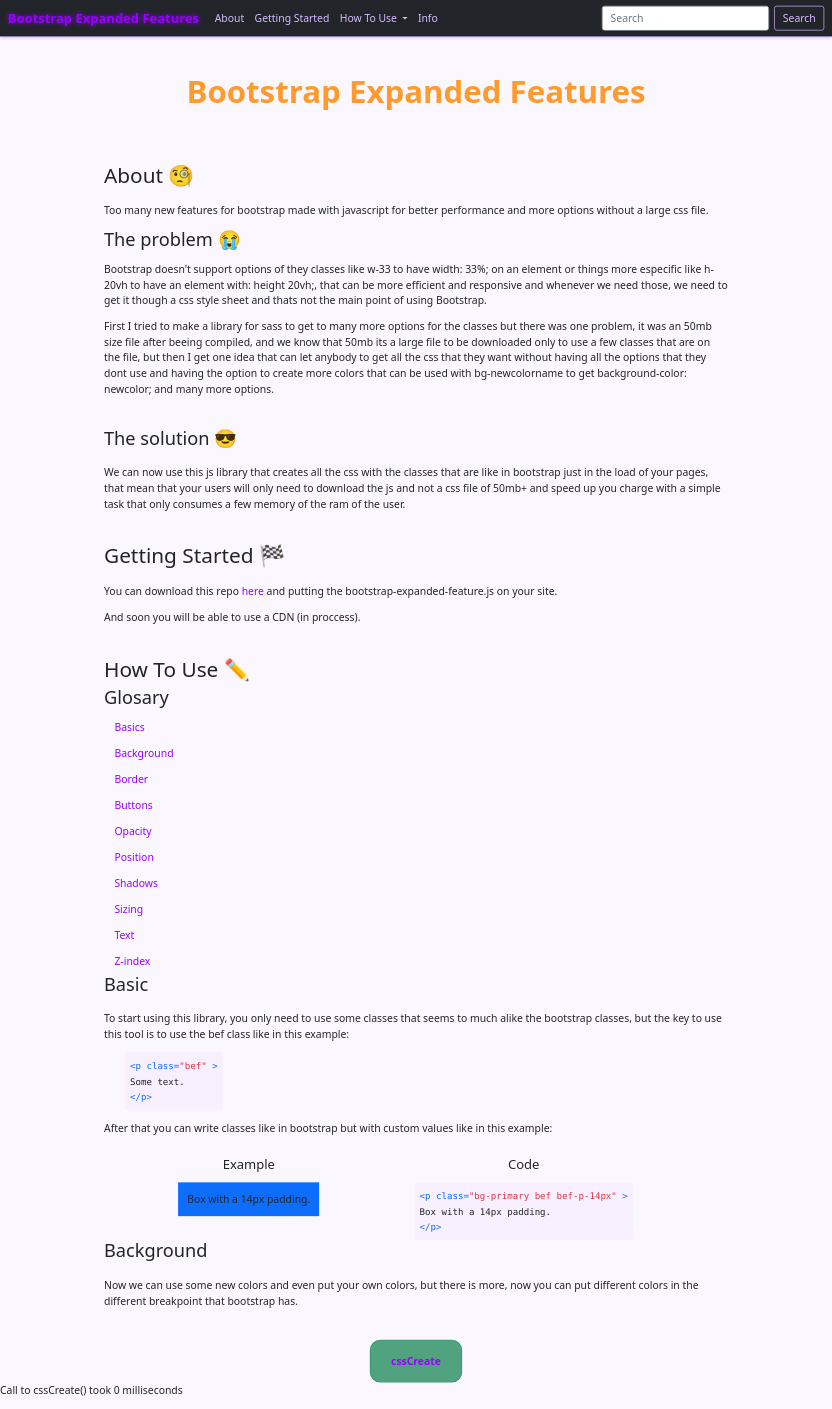
Repository: LynxPardelle/bootstrap-expanded-features
Page: index.html
An editor plug-in stored every save of this project. The page is shown before and after the next save, followed by the edit.
The browser window is 1280 px wide. The pictures show the whole page, at 65% of full size.

Above is the page before, as saved 2022-01-02 05:42:01.

### index.html
<!DOCTYPE html>
<html lang="es">
  <head>
    <meta charset="UTF-8" />
    <meta http-equiv="X-UA-Compatible" content="IE=edge" />
    <meta name="viewport" content="width=device-width, initial-scale=1.0" />
    <title>Bootstrap Expanded Features</title>
    <link
      href="https://cdn.jsdelivr.net/npm/bootstrap@5.1.3/dist/css/bootstrap.min.css"
      rel="stylesheet"
      integrity="sha384-1BmE4kWBq78iYhFldvKuhfTAU6auU8tT94WrHftjDbrCEXSU1oBoqyl2QvZ6jIW3"
      crossorigin="anonymous"
    />
    <link rel="stylesheet" href="./style.css" />
  </head>
  <body class="bef bef-bg-futurePop__OPA__0_03">
    <header>
      <nav
        class="
          navbar navbar-expand-lg navbar-dark
          bg-dark
          align-items-center
          bef
          bef-boxShadow-0px__2px__4px__lavender
          position-fixed
          top-0
          w-100
        "
      >
        <div class="container-fluid">
          <a
            class="
              navbar-brand
              bef bef-text-futurePop
              fw-bolder
              bef-textShadow-0px__0px__8px__futurePop
            "
            href="#"
            >Bootstrap Expanded Features</a
          >
          <button
            class="navbar-toggler"
            type="button"
            data-bs-toggle="collapse"
            data-bs-target="#navbarSupportedContent"
            aria-controls="navbarSupportedContent"
            aria-expanded="false"
            aria-label="Toggle navigation"
          >
            <span class="navbar-toggler-icon"></span>
          </button>
          <div class="collapse navbar-collapse" id="navbarSupportedContent">
            <ul class="navbar-nav me-auto mb-lg-0">
              <li class="nav-item">
                <a class="nav-link bef bef-text-lavender" href="#about"
                  >About</a
                >
              </li>
              <li class="nav-item">
                <a
                  class="nav-link bef bef-text-lavender"
                  href="#getting_started"
                  >Getting Started</a
                >
              </li>
              <li class="nav-item dropdown">
                <a
                  class="nav-link bef bef-text-lavender dropdown-toggle"
                  href="#howToUse"
                  id="navbarDropdown"
                  role="button"
                  data-bs-toggle="dropdown"
                  aria-expanded="false"
                >
                  How To Use
                </a>
                <ul
                  class="dropdown-menu dropdown-menu-dark"
                  aria-labelledby="navbarDropdown"
                >
                  <li>
                    <a class="dropdown-item bef bef-text-lavender" href="#"
                      >Action</a
                    >
                  </li>
                  <li>
                    <a class="dropdown-item bef bef-text-lavender" href="#"
                      >Another action</a
                    >
                  </li>
                  <li><hr class="dropdown-divider" /></li>
                  <li>
                    <a class="dropdown-item bef bef-text-lavender" href="#"
                      >Something else here</a
                    >
                  </li>
                </ul>
              </li>
              <li class="nav-item">
                <a class="nav-link bef bef-text-lavender" href="#Info">Info</a>
              </li>
            </ul>
            <form class="d-flex">
              <input
                id="searchInput"
                class="form-control me-2"
                type="search"
                placeholder="Search"
                aria-label="Search"
              />
              <button class="btn bef bef-btnOutline-lavender">Search</button>
            </form>
          </div>
        </div>
      </nav>

      <h1
        class="
          text-center
          d-block
          bef bef-w-85vw bef-w-md-75vw bef-fs-2rem bef-fs-md-3rem
          bef-m-7rem__auto__5rem
          bef-text-summer
          fw-bolder
        "
      >
        Bootstrap Expanded Features
      </h1>
    </header>

    <div>
      <main class="bef bef-w-85vw bef-wmx-1000px bef-w-md-75vw mx-auto">
        <!-- ABOUT -->
        <section>
          <a id="about"></a>
          <h2>About 🧐</h2>
          <article>
            <p class="mt-4 mb-3 text-start">
              Too many new features for bootstrap made with javascript for
              better performance and more options without a large css file.
            </p>
          </article>
          <!-- THE_PROBLEM -->
          <article>
            <h3>The problem 😭</h3>
            <p class="my-3 text-start">
              Bootstrap doesn't support options of they classes like w-33 to
              have width: 33%; on an element or things more especific like
              h-20vh to have an element with: height 20vh;, that can be more
              efficient and responsive and whenever we need those, we need to
              get it though a css style sheet and thats not the main point of
              using Bootstrap.
            </p>
            <p class="mt-3 mb-5 text-start">
              First I tried to make a library for sass to get to many more
              options for the classes but there was one problem, it was an 50mb
              size file after beeing compiled, and we know that 50mb its a large
              file to be downloaded only to use a few classes that are on the
              file, but then I get one idea that can let anybody to get all the
              css that they want without having all the options that they dont
              use and having the option to create more colors that can be used
              with bg-newcolorname to get background-color: newcolor; and many
              more options.
            </p>
          </article>
          <!-- THE_SOLUTION -->
          <article>
            <h3>The solution 😎</h3>
            <p class="mt-4 mb-5 text-start">
              We can now use this js library that creates all the css with the
              classes that are like in bootstrap just in the load of your pages,
              that mean that your users will only need to download the js and
              not a css file of 50mb+ and speed up you charge with a simple task
              that only consumes a few memory of the ram of the user.
            </p>
          </article>
        </section>
        <!-- GETTING_STARTED -->
        <section>
          <a id="getting_started"></a>
          <h2>Getting Started 🏁</h2>
          <article>
            <p class="mt-4 mb-3 text-start bef bef-link-futurePop">
              You can download this repo
              <a
                class="text-decoration-none"
                href="https://github.com/LynxPardelle/bootstrap-expanded-features.git"
                target="_blank"
                >here</a
              >
              and putting the bootstrap-expanded-feature.js on your site.
            </p>
            <p class="mt-3 mb-5 text-start bef bef-link-futurePop">
              And soon you will be able to use a CDN (in proccess).
            </p>
          </article>
        </section>
        <!-- HOW_TO_USE -->
        <section>
          <a id="howToUse"></a>
          <h2>How To Use ✏️</h2>
          <article>
            <h3>Glosary</h3>
            <ul class="nav flex-column bef bef-link-futurePop">
              <li class="nav-item">
                <a class="nav-link" href="#basicHTU">Basics</a>
              </li>
              <li class="nav-item">
                <a class="nav-link" href="#backgroundHTU">Background</a>
              </li>
              <li class="nav-item">
                <a class="nav-link" href="#borderHTU">Border</a>
              </li>
              <li class="nav-item">
                <a class="nav-link" href="#buttonsHTU">Buttons</a>
              </li>
              <li class="nav-item">
                <a class="nav-link" href="#opacityHTU">Opacity</a>
              </li>
              <li class="nav-item">
                <a class="nav-link" href="#positionHTU">Position</a>
              </li>
              <li class="nav-item">
                <a class="nav-link" href="#shadowsHTU">Shadows</a>
              </li>
              <li class="nav-item">
                <a class="nav-link" href="#sizingHTU">Sizing</a>
              </li>
              <li class="nav-item">
                <a class="nav-link" href="#textHTU">Text</a>
              </li>
              <li class="nav-item">
                <a class="nav-link" href="#zIndexHTU">Z-index</a>
              </li>
            </ul>
          </article>
          <!-- BASICHTU -->
          <article>
            <a id="basicHTU"></a>
            <h3>Basic</h3>
            <p class="mt-4 mb-3 text-start bef bef-link-futurePop">
              To start using this library, you only need to use some classes
              that seems to much alike the bootstrap classes, but the key to use
              this tool is to use the bef class like in this example:
            </p>
            <p class="d-inline-block p-2 bef bef-m-0rem__2rem bef-bg-futurePop__OPA__0_03">
              <code class="text-dark">
                <span class="text-primary">
                  &#60;p class=<span class="text-danger">"bef"</span> &#62;
                </span>
                <br />
                <span>
                  Some text.
                </span>
                <br />
                <span class="text-primary">
                  &#60;&#47;p&#62;
                </span>
              </code>
            </p>
            <p class="mt-3 mb-3 text-start bef bef-link-futurePop">
              After that you can write classes like in bootstrap but with custom values like in this example:
            </p>
            <div class="d-flex justify-content-evenly">
              <div>
                <h5 class="text-center my-3">Example</h5>
                <p class="bg-primary bef bef-p-14px">
                  Box with a 14px padding.
                </p>
              </div>
              <div>
                <h5 class="text-center my-3">Code</h5>
                <p class="d-inline-block p-2 bef bef-m-0rem__2rem bef-bg-futurePop__OPA__0_03">
                  <code class="text-dark">
                    <span class="text-primary">
                      &#60;p class=<span class="text-danger">"bg-primary bef bef-p-14px"</span> &#62;
                    </span>
                    <br />
                    <span>
                      Box with a 14px padding.
                    </span>
                    <br />
                    <span class="text-primary">
                      &#60;&#47;p&#62;
                    </span>
                  </code>
                </p>
              </div>

            </div>
          </article>
          <article>
            <a id="backgroundHTU"></a>
            <h3>Background</h3>
            <p class="mt-4 mb-5 text-start bef bef-link-futurePop">
              Now we can use some new colors and even put your own colors, but
              there is more, now you can put different colors in the different
              breakpoint that bootstrap has.
            </p>
          </article>
        </section>
      </main>
      <aside></aside>
    </div>

    <footer>
      <a id="#info"></a>
      <button
        class="
          btn
          bef
          bef-btn-success__OPA__0_75
          bef-text-futurePop
          fw-bold
          d-block
          mx-auto
          bef-p-1_25rem__2rem
          bef-rounded-1rem
        "
        onclick="cssCreate()"
      >
        cssCreate
      </button>

      <div id="befTimer"></div>
    </footer>

    <!-- TABS
      <nav>
              <div class="nav nav-tabs" id="nav-tab" role="tablist">
                <button
                  class="
                    nav-link
                    active
                    bef bef-text-futurePop bef-textHover-lavender
                    bef-bg-futurePop__OPA__0_03
                  "
                  id="nav-background-tab"
                  data-bs-toggle="tab"
                  data-bs-target="#nav-background"
                  type="button"
                  role="tab"
                  aria-controls="nav-background"
                  aria-selected="false"
                >
                  Background
                </button>
                <button
                  class="
                    nav-link
                    bef bef-text-dark bef-textHover-lavender
                    bef-bg-futurePop__OPA__0
                  "
                  id="nav-border-tab"
                  data-bs-toggle="tab"
                  data-bs-target="#nav-border"
                  type="button"
                  role="tab"
                  aria-controls="nav-border"
                  aria-selected="false"
                >
                  Border
                </button>
                <button
                  class="
                    nav-link
                    bef bef-text-dark bef-textHover-lavender
                    bef-bg-futurePop__OPA__0
                  "
                  id="nav-buttons-tab"
                  data-bs-toggle="tab"
                  data-bs-target="#nav-buttons"
                  type="button"
                  role="tab"
                  aria-controls="nav-buttons"
                  aria-selected="false"
                >
                  Buttons
                </button>
                <button
                  class="
                    nav-link
                    bef bef-text-dark bef-textHover-lavender
                    bef-bg-futurePop__OPA__0
                  "
                  id="nav-opacity-tab"
                  data-bs-toggle="tab"
                  data-bs-target="#nav-opacity"
                  type="button"
                  role="tab"
                  aria-controls="nav-opacity"
                  aria-selected="false"
                >
                  Opacity
                </button>
                <button
                  class="
                    nav-link
                    bef bef-text-dark bef-textHover-lavender
                    bef-bg-futurePop__OPA__0
                  "
                  id="nav-position-tab"
                  data-bs-toggle="tab"
                  data-bs-target="#nav-position"
                  type="button"
                  role="tab"
                  aria-controls="nav-position"
                  aria-selected="false"
                >
                  Position
                </button>
                <button
                  class="
                    nav-link
                    bef bef-text-dark bef-textHover-lavender
                    bef-bg-futurePop__OPA__0
                  "
                  id="nav-shadows-tab"
                  data-bs-toggle="tab"
                  data-bs-target="#nav-shadows"
                  type="button"
                  role="tab"
                  aria-controls="nav-shadows"
                  aria-selected="false"
                >
                  Shadows
                </button>
                <button
                  class="
                    nav-link
                    bef bef-text-dark bef-textHover-lavender
                    bef-bg-futurePop__OPA__0
                  "
                  id="nav-sizing-tab"
                  data-bs-toggle="tab"
                  data-bs-target="#nav-sizing"
                  type="button"
                  role="tab"
                  aria-controls="nav-sizing"
                  aria-selected="true"
                >
                  Sizing
                </button>
                <button
                  class="
                    nav-link
                    bef bef-text-dark bef-textHover-lavender
                    bef-bg-futurePop__OPA__0
                  "
                  id="nav-text-tab"
                  data-bs-toggle="tab"
                  data-bs-target="#nav-text"
                  type="button"
                  role="tab"
                  aria-controls="nav-text"
                  aria-selected="false"
                >
                  Text
                </button>
                <button
                  class="
                    nav-link
                    bef bef-text-dark bef-textHover-lavender
                    bef-bg-futurePop__OPA__0
                  "
                  id="nav-z-index-tab"
                  data-bs-toggle="tab"
                  data-bs-target="#nav-z-index"
                  type="button"
                  role="tab"
                  aria-controls="nav-z-index"
                  aria-selected="false"
                >
                  Z-index
                </button>
              </div>
            </nav>
            <div class="tab-content" id="nav-tabContent">
              <div
                class="tab-pane fade show active mt-3 mb-5"
                id="nav-background"
                role="tabpanel"
                aria-labelledby="nav-background-tab"
              >
                <h3 class="text-center">Background</h3>

                <p>
                  Now we can use some new colors and even put your own colors,
                  but there is more, now you can put diferent colors in the
                  diferent breakpoint that bootstrap has.
                </p>
              </div>
              <div
                class="tab-pane fade"
                id="nav-border"
                role="tabpanel"
                aria-labelledby="nav-border-tab"
              >
                Border
              </div>
              <div
                class="tab-pane fade"
                id="nav-buttons"
                role="tabpanel"
                aria-labelledby="nav-buttons-tab"
              >
                Buttons
              </div>
              <div
                class="tab-pane fade"
                id="nav-opacity"
                role="tabpanel"
                aria-labelledby="nav-opacity-tab"
              >
                Opacity
              </div>
              <div
                class="tab-pane fade"
                id="nav-position"
                role="tabpanel"
                aria-labelledby="nav-position-tab"
              >
                Position
              </div>
              <div
                class="tab-pane fade"
                id="nav-shadows"
                role="tabpanel"
                aria-labelledby="nav-shadows-tab"
              >
                Shadows
              </div>
              <div
                class="tab-pane fade"
                id="nav-sizing"
                role="tabpanel"
                aria-labelledby="nav-sizing-tab"
              >
                Sizing
              </div>
              <div
                class="tab-pane fade"
                id="nav-text"
                role="tabpanel"
                aria-labelledby="nav-text-tab"
              >
                Text
              </div>
              <div
                class="tab-pane fade"
                id="nav-z-index"
                role="tabpanel"
                aria-labelledby="nav-z-index-tab"
              >
                Z-Index
              </div>
            </div>
-->

    <!--
Classes:
w width
h height
wmx max-width
hmx max-height
wmn min-width
hmn min-height
rounded border-radius
z z-index
opacity opacity
top top
bottom bottom
end left
start right
fs font-size
lh line-height
gap gap
p padding
m margin
border border-width
borderStyle border-style

bg background-color
text color
link a color
borderColor border-color
btn background-color border-color box-shadow
btnOutline border-color box-shadow
boxShadow box-shadow
textShadow text-shadow

Sides:
s left
e right
t top
b bottom
x left & right
y top & bottom

BreakPoints:
sm 576
md 768
lg 992
xl 1200
xxl 1400
-->
    <script
      src="https://cdn.jsdelivr.net/npm/bootstrap@5.1.3/dist/js/bootstrap.bundle.min.js"
      integrity="sha384-ka7Sk0Gln4gmtz2MlQnikT1wXgYsOg+OMhuP+IlRH9sENBO0LRn5q+8nbTov4+1p"
      crossorigin="anonymous"
    ></script>
    <script>
      var colors = {
        monster: "#00AA00",
        futurePop: "#9700FF",
      };
    </script>
    <script src="./bootstrap-expanded-features.js"></script>
    <script src="./bef-example-page.js"></script>
  </body>
</html>

Loaded but not shown: bootstrap-expanded-features.js (library); bef-example-page.js (64 lines, source omitted); style.css (no stored copy; drawn as an empty file)

After the next save:
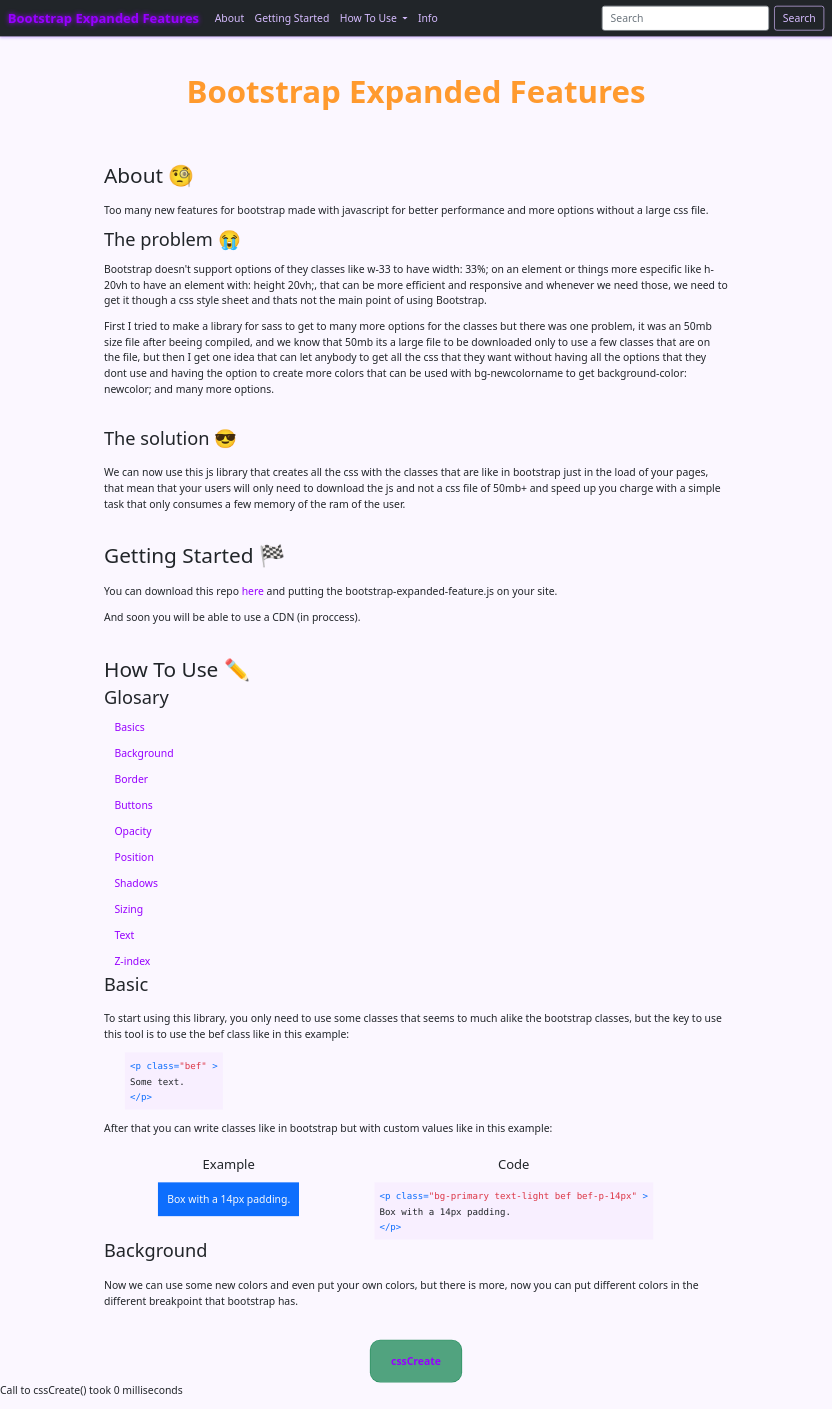
Saved 28 s later.
--- a/index.html
+++ b/index.html
@@ -264,7 +264,7 @@
             <div class="d-flex justify-content-evenly">
               <div>
                 <h5 class="text-center my-3">Example</h5>
-                <p class="bg-primary bef bef-p-14px">
+                <p class="bg-primary text-light bef bef-p-14px">
                   Box with a 14px padding.
                 </p>
               </div>
@@ -273,7 +273,7 @@
                 <p class="d-inline-block p-2 bef bef-m-0rem__2rem bef-bg-futurePop__OPA__0_03">
                   <code class="text-dark">
                     <span class="text-primary">
-                      &#60;p class=<span class="text-danger">"bg-primary bef bef-p-14px"</span> &#62;
+                      &#60;p class=<span class="text-danger">"bg-primary text-light bef bef-p-14px"</span> &#62;
                     </span>
                     <br />
                     <span>
